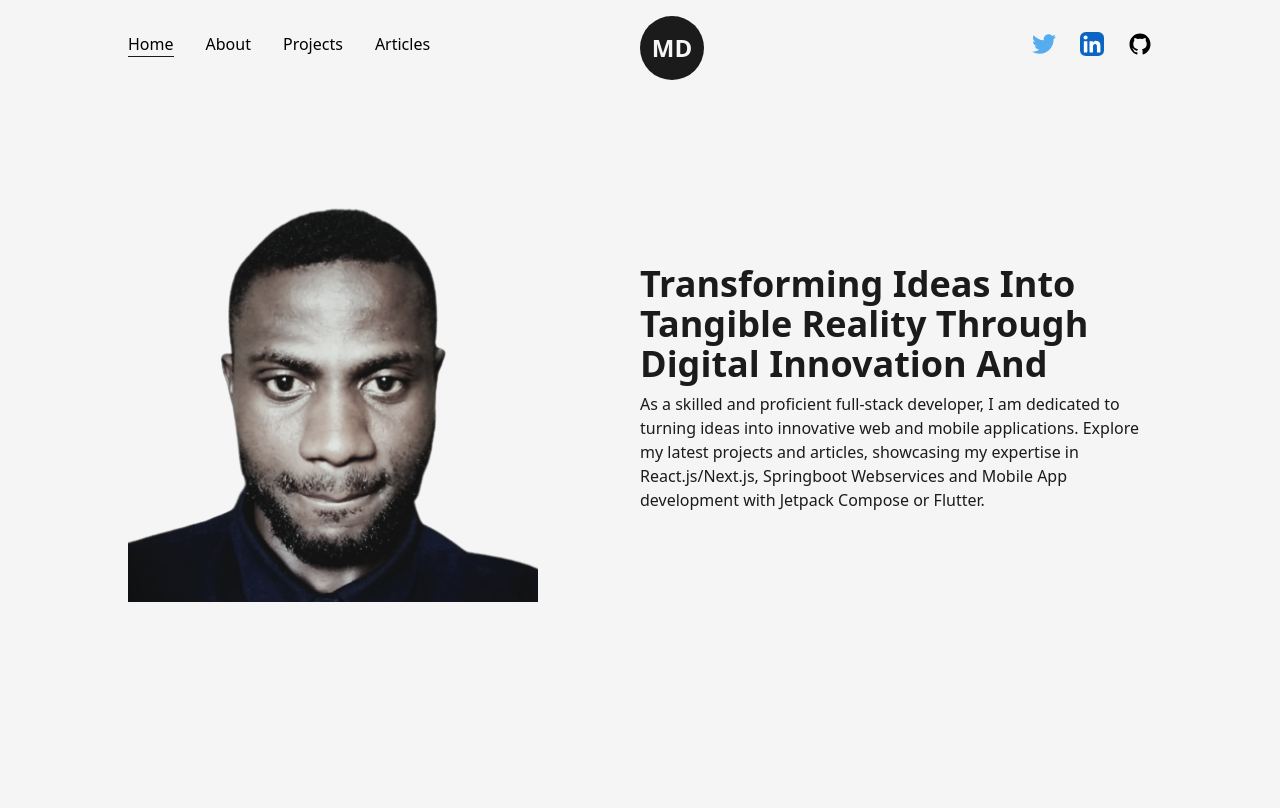
Repository: marcusdashe/situs
Page: /
An editor plug-in stored every save of this project. The page is shown before and after the next save, followed by the edit.
The browser window is 1280 px wide. The pictures show the whole page.
The project was rebuilt for these pictures with package versions that can differ from the ones it lists, and the page was loaded fresh each time. The framework's server and built-in components were replaced by stand-ins that run in the browser.

Above is the page before, as saved 2023-06-15 18:09:54.

### src/pages/_app.js
import Navbar from "@/components/Navbar";
import "@/styles/globals.css";
import Head from "next/head";
// import { IBM_Plex_Sans } from "next/font/google";

// const ibm = IBM_Plex_Sans({
//   subsets: ["latin"],
//   variable: "--font-mont",
// });

export default function App({ Component, pageProps }) {
  return (
    <>
      <Head>
        <meta name="viewport" content="width=device-width, initial-scale=1" />
        <link rel="icon" href="/favicon.ico" />
      </Head>
      <main className={`  bg-light w-full min-h-screen`}>
        <Navbar />
        <Component {...pageProps} />
      </main>
    </>
  );
}

### src/components/Navbar.jsx
import React from "react";
import { useRouter } from "next/router";
import Link from "next/link";
import Logo from "./Logo";
import { TwitterIcon, GithubIcon, LinkedInIcon } from "./Icons";
import { motion } from "framer-motion";

const CustomLink = ({ href, title, className = "" }) => {
  const router = useRouter();

  return (
    <Link href={href} className={`${className} relative group`}>
      {title}
      <span
        className={`h-[1px] inline-block bg-dark absolute left-0 -bottom-0.5 group-hover:w-full transition-[width] ease duration-300 ${
          router.asPath === href ? "w-full" : "w-0"
        }`}
      >
        &nbsp;
      </span>
    </Link>
  );
};

const Navbar = () => {
  return (
    <header
      className="w-full px-32 py-8 font-medium
            flex items-center justify-between"
    >
      <nav>
        <CustomLink href="/" title="Home" className="mr-4" />
        <CustomLink href="/about" title="About" className="mx-4" />
        <CustomLink href="/projects" title="Projects" className="mx-4" />
        <CustomLink href="/articles" title="Articles" className="ml-4" />
      </nav>

      <nav className="flex items-center justify-center flex-wrap">
        <motion.a
          href="https://www.twitter.com/marcusdashe"
          target={"_blank"}
          whileHover={{
            y: -2,
          }}
          whileTap={{ scale: 0.9 }}
          className="w-6 mx-3"
        >
          <TwitterIcon className="" />
        </motion.a>
        <motion.a
          href="https://www.linkedin.com/in/marcus-dashe-15a088202"
          target={"_blank"}
          whileHover={{
            y: -2,
          }}
          whileTap={{ scale: 0.9 }}
          className="w-6 mx-3"
        >
          <LinkedInIcon />
        </motion.a>
        <motion.a
          href="https://www.github.com/marcusdashe"
          target={"_blank"}
          whileHover={{
            y: -2,
          }}
          whileTap={{ scale: 0.9 }}
          className="w-6 ml-3"
        >
          <GithubIcon />
        </motion.a>
      </nav>
      <div className="absolute left-[50%] top-2 translate-x-[-50]">
        <Logo />
      </div>
    </header>
  );
};

export default Navbar;

### src/styles/globals.css
@import url("https://fonts.googleapis.com/css2?family=IBM+Plex+Sans:ital,wght@0,100;0,200;0,300;1,100;1,200&family=Inter:wght@300;400;500;600;700;800;900&display=swap");

@tailwind base;
@tailwind components;
@tailwind utilities;

### src/components/Layout.jsx
import React from "react";

const Layout = ({ children, className = "" }) => {
  return (
    <div className={`${className} w-full inline-block z-0 bg-light p-32  `}>
      {children}
    </div>
  );
};

export default Layout;

### src/components/AnimatedText.jsx
import React from "react";
import { motion } from "framer-motion";

const quote = {
  initial: {
    opacity: 1,
  },
  animate: {
    opacity: 1,
    transition: {
      delay: 0.5,
      staggerChildren: 0.08,
    },
  },
};

const singleWord = {
  initial: {
    opacity: 0,
    y: 50,
  },
  animate: {
    opacity: 1,
    y: 0,
    transition: {
      duration: 1,
    },
  },
};

const AnimatedText = ({ text, className = "" }) => {
  return (
    <div className="w-full mx-auto py-2 flex items-center justify-center text-center overflow-hidden ">
      <motion.h1
        className={`inline-block w-full text-dark font-bold capitalize text-4xl ${className}`}
        variants={quote}
        initial="initial"
        animate="animate"
      >
        {text.split(" ").map((word, index) => (
          <motion.span
            key={index}
            className="inline-block"
            variants={singleWord}
          >
            {word}&nbsp;
          </motion.span>
        ))}
      </motion.h1>
    </div>
  );
};

export default AnimatedText;

### src/components/Logo.jsx
"use client";

import React from "react";
import Link from "next/link";
import { motion } from "framer-motion";

const MotionLink = motion(Link);

const Logo = () => {
  return (
    <div className="flex items-center justify-center mt-2">
      <MotionLink
        href="/"
        className="w-16 h-16 bg-dark text-light flex items-center
        justify-center rounded-full text-2xl font-bold hover
      "
        whileHover={{
          scale: 1.5,
          backgroundColor: [
            "#121212",
            "rgba(131,58,180,1)",
            "rgba(253,29,29,1)",
            "rgba(252,176,69,1)",
            "rgba(131,58,180,1)",
            "#121212",
          ],
          transition: {
            duration: 1,
            repeat: Infinity,
          },
        }}
      >
        MD
      </MotionLink>
    </div>
  );
};

export default Logo;

Loaded but not shown: src/pages/index.js (46 lines, source omitted); tailwind.config.js (27 lines, source omitted); src/components/Icons.jsx (463 lines, source omitted)

After the next save:
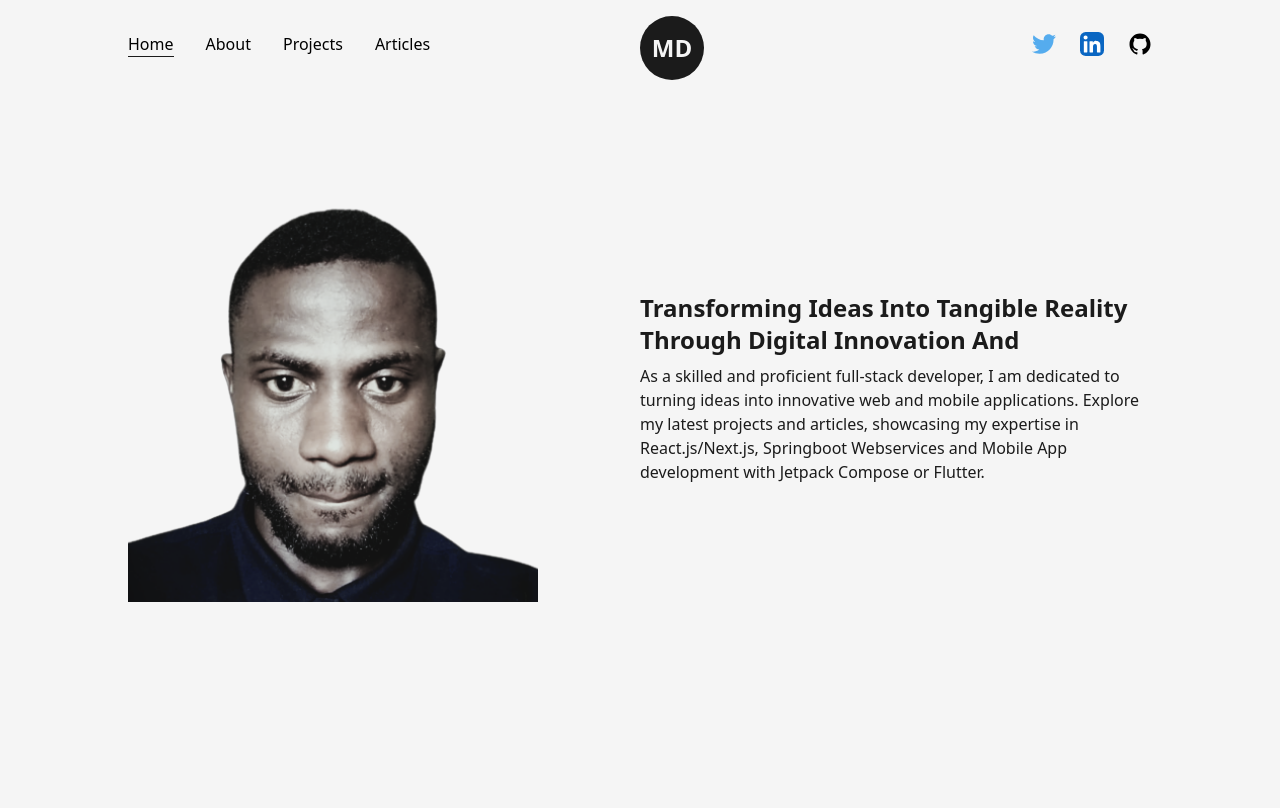
Saved 11 s later.
--- a/src/components/AnimatedText.jsx
+++ b/src/components/AnimatedText.jsx
@@ -32,7 +32,7 @@ const AnimatedText = ({ text, className = "" }) => {
   return (
     <div className="w-full mx-auto py-2 flex items-center justify-center text-center overflow-hidden ">
       <motion.h1
-        className={`inline-block w-full text-dark font-bold capitalize text-4xl ${className}`}
+        className={`inline-block w-full text-dark font-bold capitalize text-2xl ${className}`}
         variants={quote}
         initial="initial"
         animate="animate"
